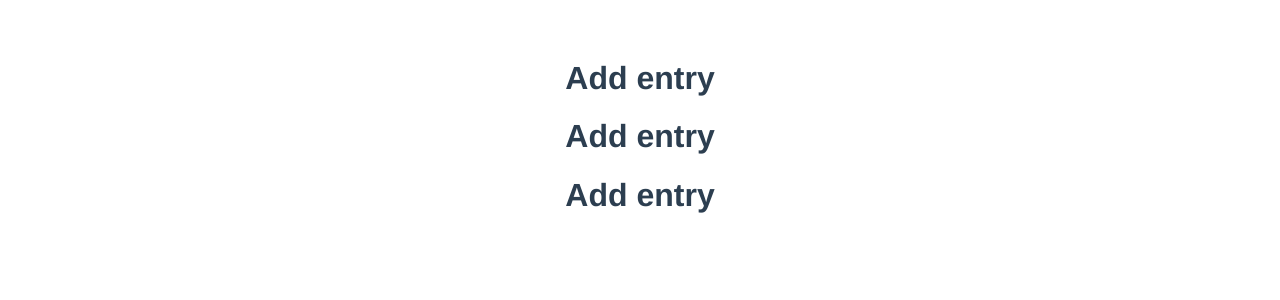
Repository: Madaless/vue_elastic
Page: / (app in vuejsapp/crudapp/)
These files come from the project's save history. The page is drawn as it stood at one moment and after the next save; the edit follows.
The browser window is 1280 px wide. The pictures show the whole page.
The project was rebuilt for these pictures with package versions that can differ from the ones it lists, and the page was loaded fresh each time.

Above is the page before, as saved 2021-09-08 09:23:16.

After the next save:
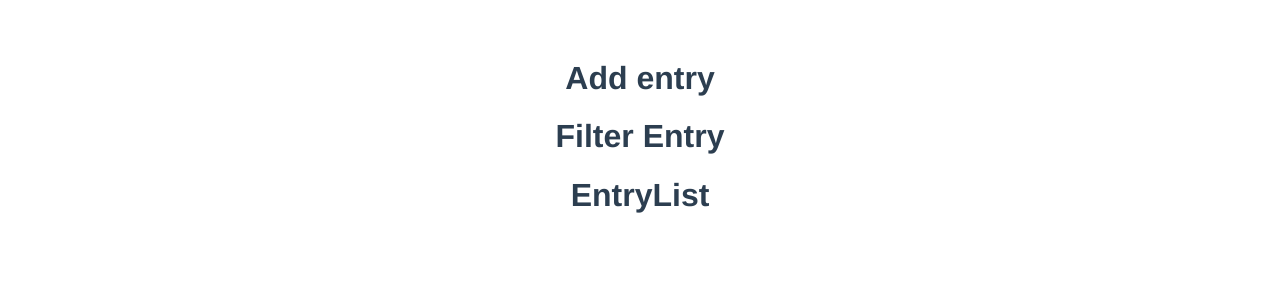
Saved 1 s later.
--- a/vuejsapp/crudapp/src/App.vue
+++ b/vuejsapp/crudapp/src/App.vue
@@ -8,8 +8,8 @@
 
 <script>
 import AddEntry from './components/AddEntry.vue'
-import FilterEntry from './components/AddEntry.vue'
-import EntryList from './components/AddEntry.vue'
+import FilterEntry from './components/FilterEntry.vue'
+import EntryList from './components/EntryList.vue'
 
 
 export default {
